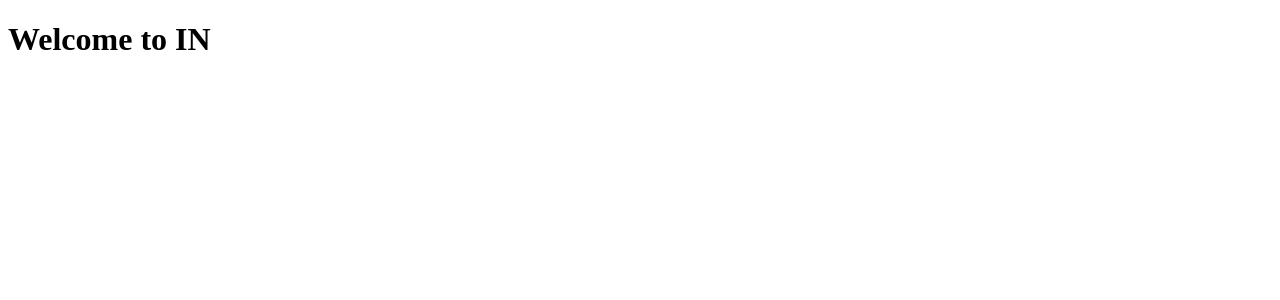
Repository: Mahesh512001/Gitdemo
Page: index.html
An editor plug-in stored every save of this project. The page is shown before and after the next save, followed by the edit.
The browser window is 1280 px wide. The pictures show the whole page.

Above is the page before, as saved 2025-08-28 00:01:57.

After the next save:
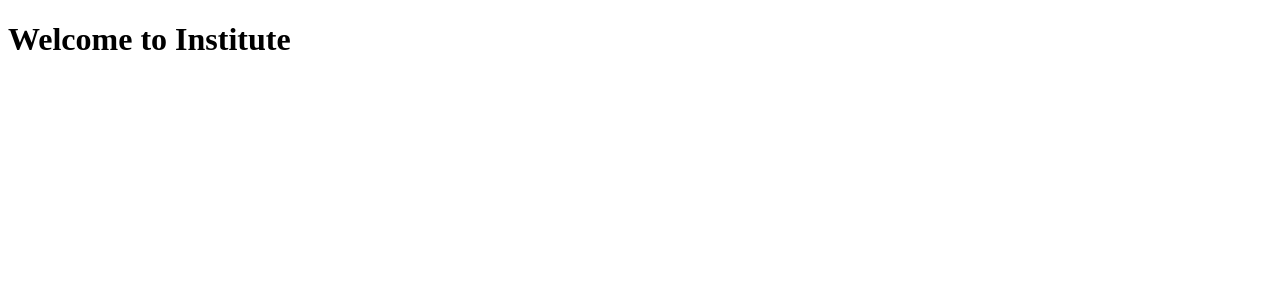
Saved 5 s later.
--- a/index.html
+++ b/index.html
@@ -7,6 +7,6 @@
 </head>
 <body>
 <!-- 28_08_2025 -->
- <h1>Welcome to IN</h1>
+ <h1>Welcome to Institute</h1>
 </body>
 </html>
